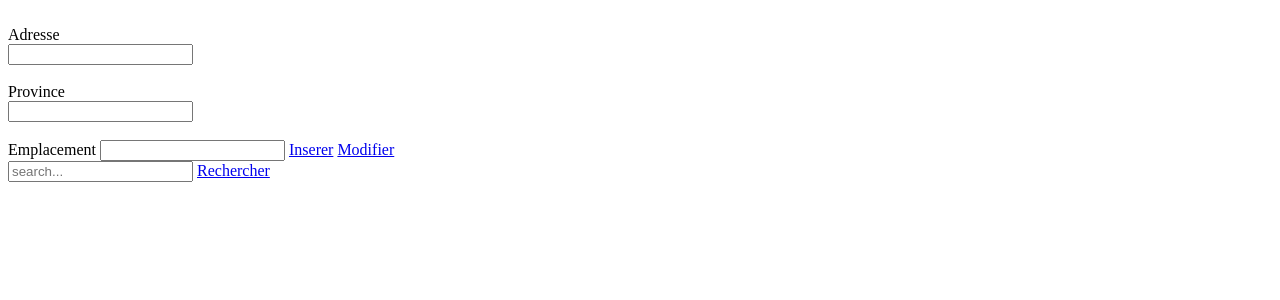
Repository: mitantsoa1/cash
Page: http://localhost/Views/Back/adresse.php
These files come from the project's save history. The page is drawn as it stood at one moment and after the next save; the edit follows.
The browser window is 1280 px wide. The pictures show the whole page.
The page is run by PHP 8.4 with error messages shown; the project is at /var/www/html/.

Above is the page before, as saved 2021-01-18 11:17:36.
Console error: SyntaxError: Unexpected token '<'

After the next save:
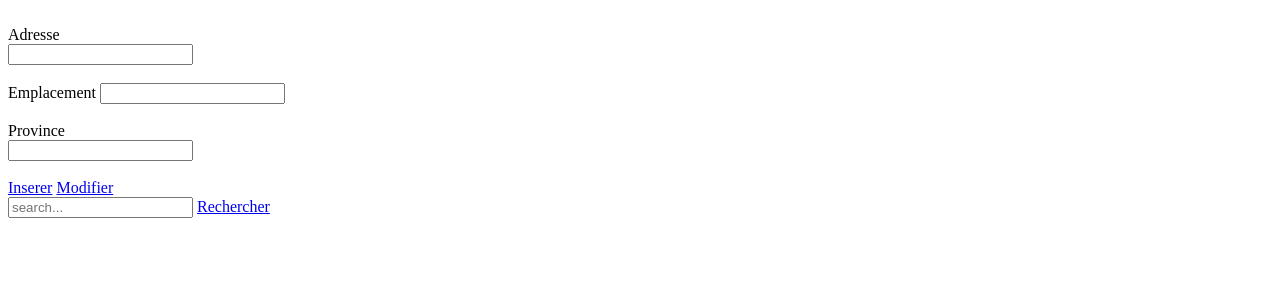
Saved 31 s later.
--- a/Views/Back/adresse.php
+++ b/Views/Back/adresse.php
@@ -43,11 +43,13 @@
             <br><label>Adresse</label><br>
             <input type="text" class="form-control adresse"  name="adresse" required><br><br>
 
+            <label>Emplacement</label>
+            <input type="text" class="form-control" name="emplacement" id="emplacement" required=""><br><br>
+
             <label>Province</label><br>
             <input type="text" class="form-control" id="province" name="province" required><br><br>
 
-            <label>Emplacement</label>
-            <input type="text" class="form-control" name="emplacement" id="emplacement" required="">
+
 
             <a href="#" class="btn btn-primary btn-block" id="btn_adresse">Inserer</a>
             <a href="#" class="btn btn-primary btn-block hide" id="btn_modif_adresse">Modifier</a>
